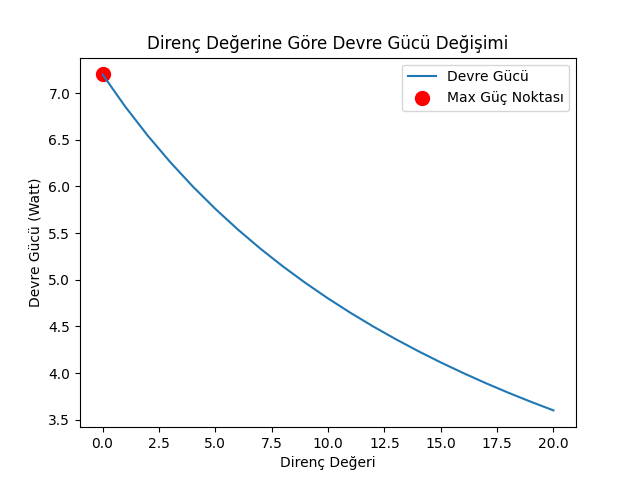
Repository: szydag/MaximumPowerTheorySimulation
Script's output: python index1.py
The author's editor kept a copy of each file at every save. The script's output is drawn from the files as they stood at one save, then again after the next save.
Random numbers start from a fixed seed.

Above is the script's output before, as saved 2023-12-09 20:50:45.

After the next save:
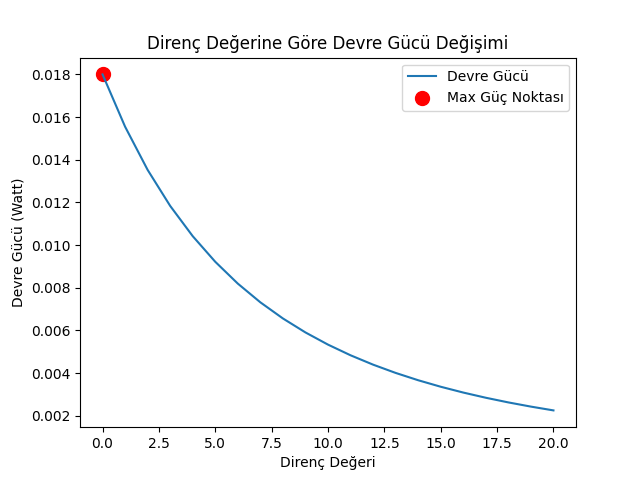
Saved 11 min 55 s later.
--- a/index1.py
+++ b/index1.py
@@ -6,7 +6,7 @@
     return totalResistance
 
 def calculateCircuitPower(voltage, resistance):
-    circuitPower = voltage * voltage / resistance
+    circuitPower = voltage/resistance * voltage/resistance / resistance
     return circuitPower
 
 def createGraphicPlot(resistances, internalResistance, voltage):
@@ -31,7 +31,7 @@
 def main():
     voltage = 12
     internalResistance = 5
-    resistances = [15]  # Initial resistance list
+    resistances = [15]
     createGraphicPlot(resistances, internalResistance, voltage)
 
 if __name__ == "__main__":

After the save that followed:
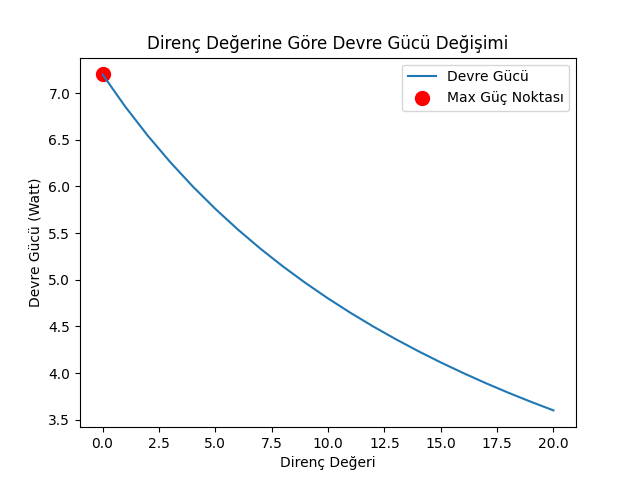
Saved 44 s later.
--- a/index1.py
+++ b/index1.py
@@ -6,7 +6,7 @@
     return totalResistance
 
 def calculateCircuitPower(voltage, resistance):
-    circuitPower = voltage/resistance * voltage/resistance / resistance
+    circuitPower = voltage * voltage / resistance
     return circuitPower
 
 def createGraphicPlot(resistances, internalResistance, voltage):
